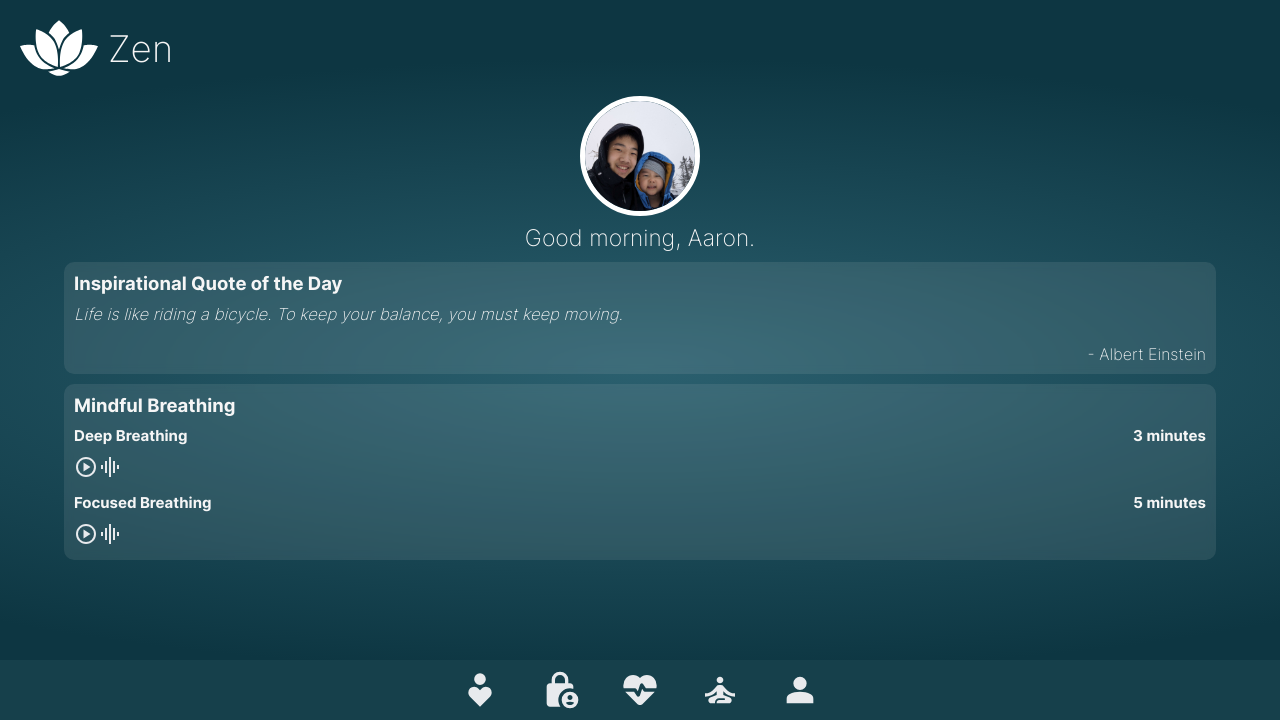
Repository: aaronw-dev/Zen
Page: mindful_dashboard.html
These files come from the project's save history. The page is drawn as it stood at one moment and after the next save; the edit follows.
The browser window is 1280 px wide. The pictures show the whole page.

Above is the page before, as saved 2024-06-08 15:11:16.

After the next save:
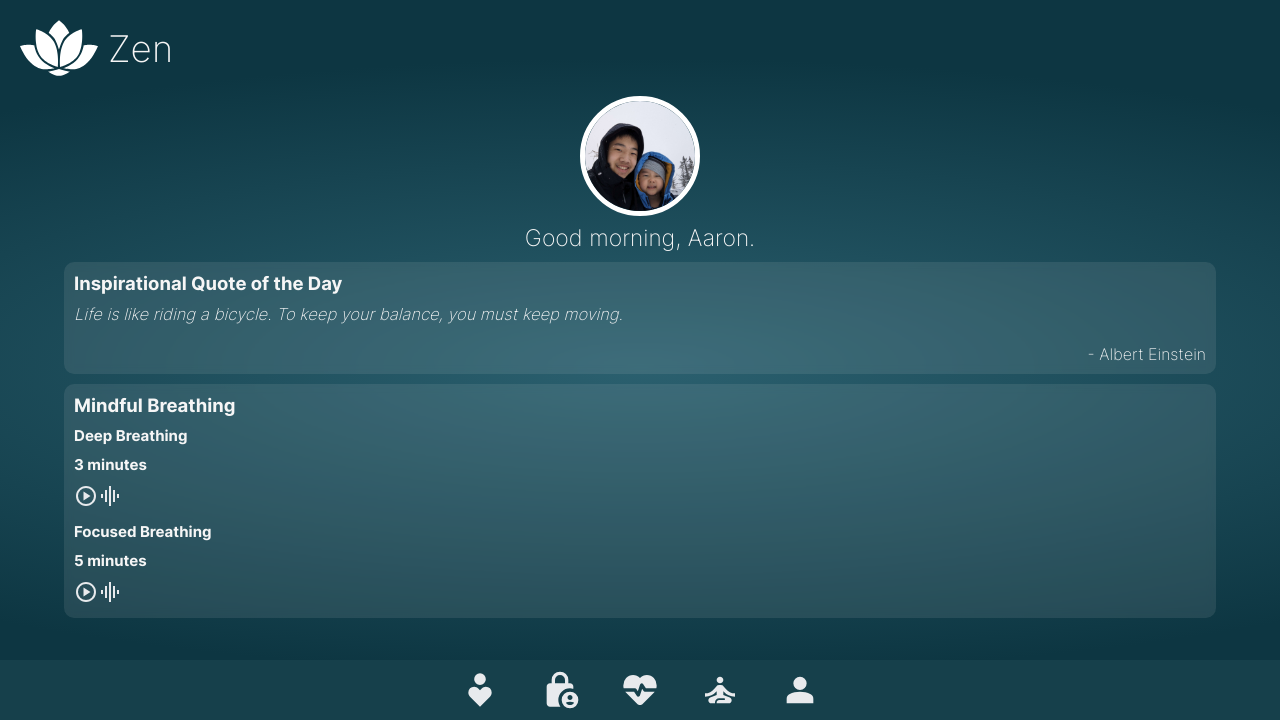
Saved 16 s later.
--- a/static/awdev.css
+++ b/static/awdev.css
@@ -133,7 +133,7 @@
 .quote-author::before {
     content: "- ";
 }
-
+.mind
 .mindful-actions {
     display: flex;
     flex-direction: row;

After the 6 saves that followed:
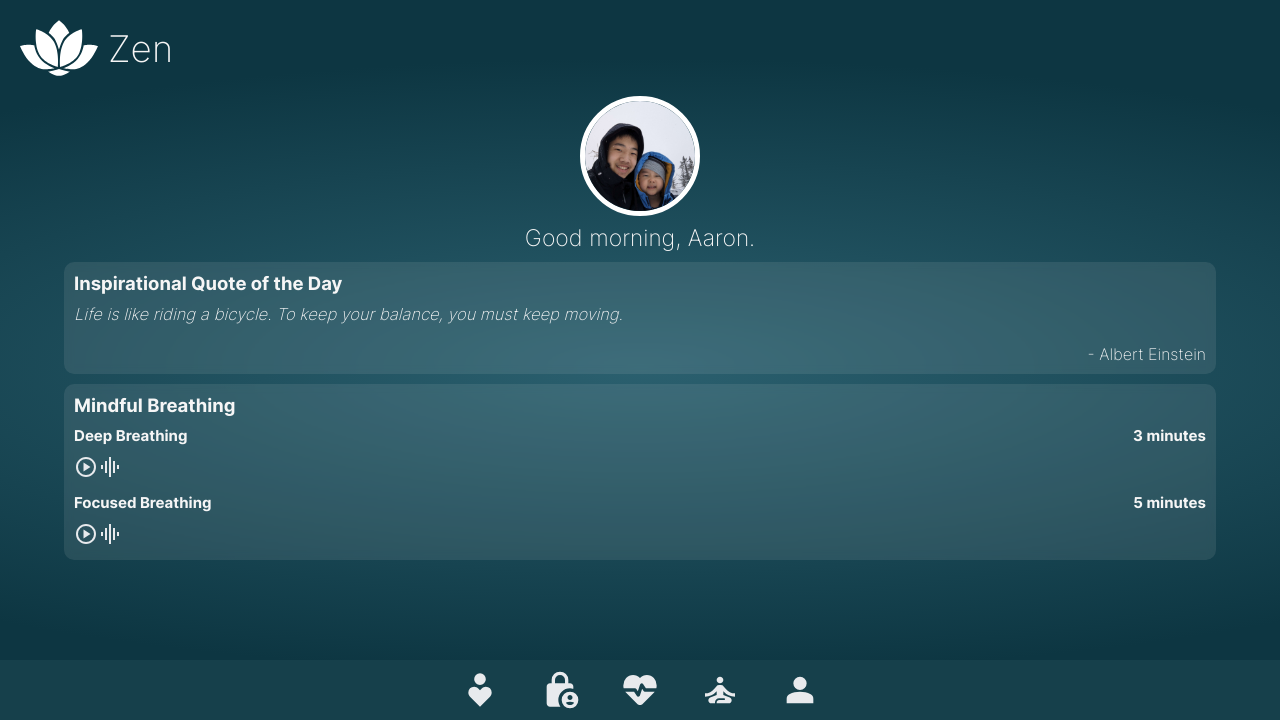
The 6 saves are shown as one change because they came seconds apart.
The last was saved 18 s later.
--- a/static/awdev.css
+++ b/static/awdev.css
@@ -133,7 +133,12 @@
 .quote-author::before {
     content: "- ";
 }
-.mind
+.audio-play {
+    fill= #D9D9D9;
+    width="100%"
+    height="100%"
+    viewBox="0 0 24 24"
+}
 .mindful-actions {
     display: flex;
     flex-direction: row;
